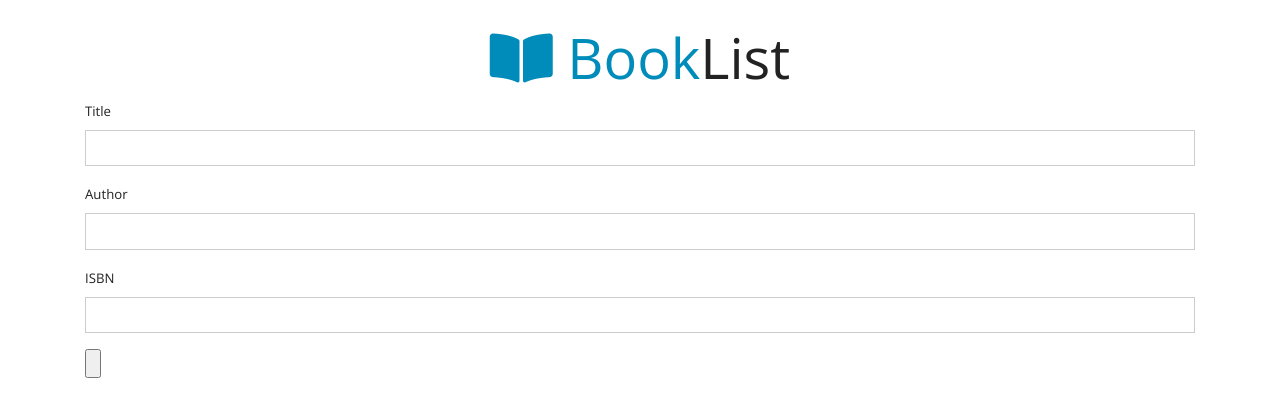
Repository: carrascomcesar/JSBOOKLIST
Page: index.html
These files come from the project's save history. The page is drawn as it stood at one moment and after the next save; the edit follows.
The browser window is 1280 px wide. The pictures show the whole page.
Some web libraries are served in a nearby version.

Above is the page before, as saved 2021-02-01 10:42:43.

After the next save:
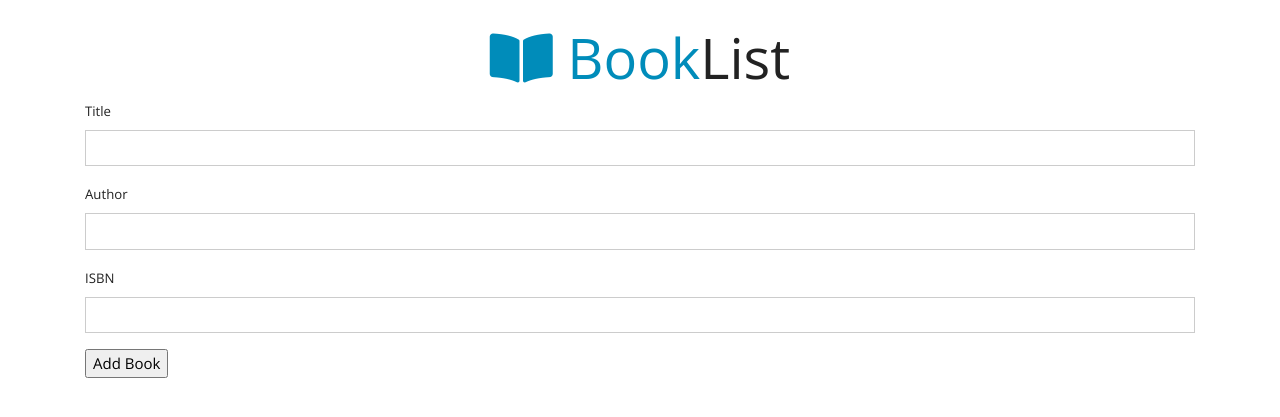
Saved 5 s later.
--- a/index.html
+++ b/index.html
@@ -28,7 +28,7 @@
                 <label for="isbn">ISBN</label>
                 <input type="text" name="" id="isbn" class="form-control">
             </div>
-            <input type="submit" value="">
+            <input type="submit" value="Add Book">
         </form>
     </div>
 </body>
